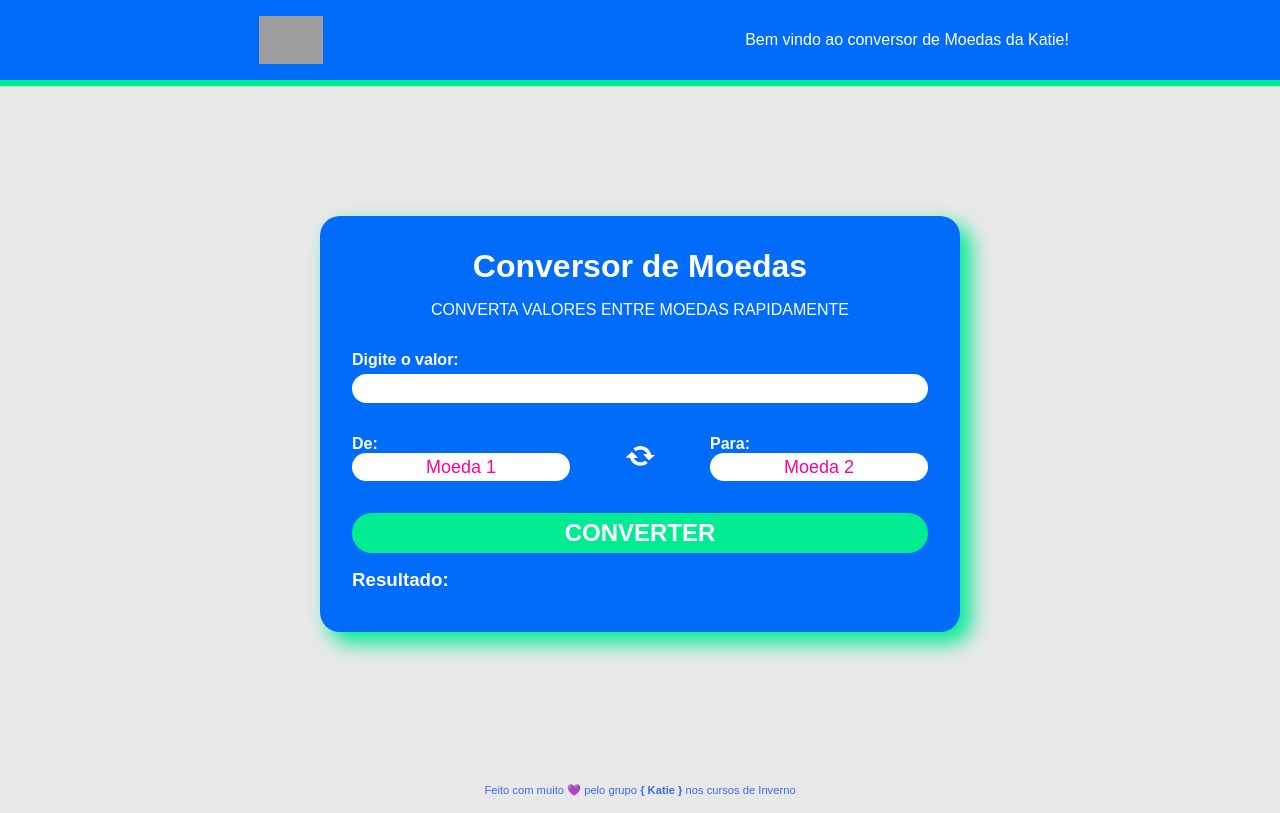
Repository: willamesalmeida/Conversor-de-Moedas
Page: index.html
The author's editor kept a copy of each file at every save. The page is drawn from the files as they stood at one save, then again after the next save.
The browser window is 1280 px wide. The pictures show the whole page.
Pictures or frames that could not be fetched are drawn as grey boxes.

Above is the page before, as saved 2022-08-07 17:48:38.

### index.html
<!DOCTYPE html>
<html lang="pt-br">
<head>
    <meta charset="UTF-8" />
    <meta name="viewport" content="width=device-width, initial-scale=1.0">
    <link rel="stylesheet" href="./global.css">
    <link rel="stylesheet" href="./styles.css">
    <title>Conversor de moedas KATIE</title>
</head>
<body>
    <script src="script.js"></script>

    <header class="cabecalho">
        <img class="gif-katie" src="https://ic.ufal.br/extensao/katie/resources/logoanim.gif"/>
        <p class="saudacao">Bem vindo ao conversor de Moedas da Katie!</p>
    </header>
    <main class="container">
        <section class="card">
            <header>
                <h2 class="titulo">Conversor de Moedas</h2>
                CONVERTA VALORES ENTRE MOEDAS RAPIDAMENTE
            </header>

            <section class="valor">
                <label>Digite o valor:</label>
                <input type="number" id="valor_inicial">
            </section>

            <section class="conversao">
                <div  class="converter-de">
                    <label>De:</label>
                    <select name="moedasde" id="moedasde">
                        <option value="Moeda 1">Moeda 1</option>
                        <option value="USD">Dolar</option>
                        <option value="BRL">Real</option>
                        <option value="EUR">Euro</option>
                      </select>
                </div>
                <div class = "icone-conversor">
                    <img src="./conversor.png" width="60px">
                </div>
                <div class="converter-para">
                    <label>Para:</label>
                    <select name="moedaspara" id="moedaspara">
                        <option value="Moeda 2">Moeda 2</option>
                        <option value="USD">Dolar</option>
                        <option value="BRL">Real</option>
                        <option value="EUR">Euro</option>
                      </select>
                </div>

            </section>
            <button type="submit" onclick="Converter()">CONVERTER</button>
            <h3>Resultado:</h3>
            <span id="resultado" class="resultado"></span>

        </section>

    </main>
    <footer>
        Feito com muito &#128156 pelo grupo <strong>{ Katie }</strong> nos cursos de Inverno
    </footer>


</body>
</html>

### global.css
@import url('https://fonts.googleapis.com/css2?family=Roboto+Flex:opsz,wght@8..144,400;8..144,500&family=Roboto:ital,wght@0,100;0,300;0,400;0,500;0,700;0,900;1,100;1,300;1,400;1,500;1,700;1,900&display=swap');
:root {
  --rosa-katie: #f8049c;
  --amarelo-katie: #fdd54f;
  --cinza-katie: #1f1f24;
  --rosa-claro: #EF5AA7;
  --branco:  #ffffff;
  --blue: #3A6CF5;
  --gray:#E8E8E8;
  --grey2: #EBEBF3;
  --red:#FF0000;
  --greendark:#007560;
  --greenlight:#27EDC4;
  --greenciano:#51EFD0;
  --azul:#006CF9;
  --greengreen:#00EB92;
}

* {
  margin: 0;
  padding: 0;
  box-sizing: border-box;
}

body {
  font-family: 'Roboto ', sans-serif;
  font-family: 'Roboto Flex ', sans-serif;
  color: #ffffff;
  background-color: var(--gray);

}

### styles.css
.cabecalho {
  background: var(--azul);
  padding: 1rem 0;
}

.gif-katie {
  margin-left: 3rem;
  height: 3rem;
}
.cabecalho{
  display: flex;
  align-items: center;
  justify-content: space-around;
  box-shadow: 1px 1px 1px 5px var(--greengreen)
}

.saudacao {
  text-align: center;

}

.container {
  padding: 2.5rem 1rem;
}

.card {
  background: var(--azul);
  width: 40rem;
  height: 26rem;
  border-radius: 20px;
  padding: 2rem;
  margin: 6rem auto;
  box-shadow: 10px 10px 20px 1px var(--greengreen)
}

header h2 {
  font-size: 2rem;
}

.titulo {
  margin-bottom: 1rem;
}

.card header {
  text-align: center;
}

.valor {
  margin: 2rem 0;
  display: flex;
  flex-direction: column;
}

label {
  font-size: 1rem;
  font-weight: bold;
  margin-bottom: 0.3rem;
}

input,
select {
  -webkit-appearance: none;
  -moz-appearance: none;
  appearance: none;
  border: none;
  border-radius: 2rem;
  height: 1.8rem;
  width: 100%;
  background: var(--branco);
  color: var(--rosa-katie);
  outline: none;
  font-size: 18px;


}
select{
  text-align: center;
}
input {
    padding: 0.8rem;
}

.conversao {
    width: 100%;
    margin: 2rem 0;
    display: flex;
    flex-direction: row;
    justify-content: center;
    align-items: center;
  }

.converter-de,
.converter-para {
  width: 100%;
}

.converter-de {
  margin-right: 2.5rem;
}

.converter-para {
  margin-left: 2.5rem;
}

button {
  background: var(--greengreen);
  border: none;
  border-radius: 2rem;
  width: 100%;
  height: 2.5rem;
  cursor: pointer;
  color: var(--branco);
  font-weight: bold;
  font-size: 1.5rem;
  transition: 0.5s;
  margin-bottom: 1rem;
}

#resultado {
    font-weight: bold;
    color: var(--amarelo-katie);
    font-size: 1.5rem;
    text-align: center;
}

button:hover {
  filter: brightness(0.8);
}

footer {
    margin: 1rem 0;
    color: var(--blue);
    font-size: 0.70rem;
    text-align: center;
}

### script.js
function Converter() {
  let input = parseFloat(document.getElementById("valor_inicial").value);
  let output = document.getElementById("resultado");
  let de = document.getElementById("moedasde");
  let para = document.getElementById("moedaspara");

  if (isNaN(input)) {
    output.innerHTML = "Por favor, adicione a quantia que deseja converter";
  } else {
    if (de.value == "BRL" && para.value != "para" && input != NaN) {
      console.log("real");
      let valorEmReais = input;
      let valor;
      if (para.value == "BRL") {
        valor = "O valor em reais é: R$" + valorEmReais.toFixed(2);
      } else if (para.value == "EUR") {
        valor = "O valor em euros é: €" + (valorEmReais * 0.1885).toFixed(2);
      } else if (para.value == "USD") {
        valor = "O valor em dólar é: $" + (valorEmReais * 0.1917).toFixed(2);
      }
      output.innerHTML = valor;
    } else if (de.value == "EUR" && para.value != "Moeda 2") {
      console.log("euro");
      let valorEmEuros = input;
      let valor;

      if (para.value == "EUR") {
        valor = "O valor em euros é: €" + valorEmEuros.toFixed(2);
      } else if (para.value == "USD") {
        valor = "O valor em dólar é: $" + (valorEmEuros * 1.0167).toFixed(2);
      } else if (para.value == "BRL") {
        valor = "O valor em reais é: R$" + (valorEmEuros * 5.303).toFixed(2);
      }
      output.innerHTML = valor;
    } else if (de.value == "USD" && para.value != "Moeda 2") {
      console.log("entrou no else is do dolar");
      let valorEmDolar = input;
      let valor;

      if (para.value == "USD") {
        valor = "O valor em dólar é: $" + valorEmDolar.toFixed(2);
      } else if (para.value == "BRL") {
        valor = "O valor em dólar é: R$" + (valorEmDolar * 5.16).toFixed(2);
      } else if (para.value == "EUR") {
        valor = "O valor em dólar é: €" + (valorEmDolar * 0.9832).toFixed(2);
      }
      output.innerHTML = valor;
    } else {
      output.innerHTML = "";
    }
  }
}

After the next save:
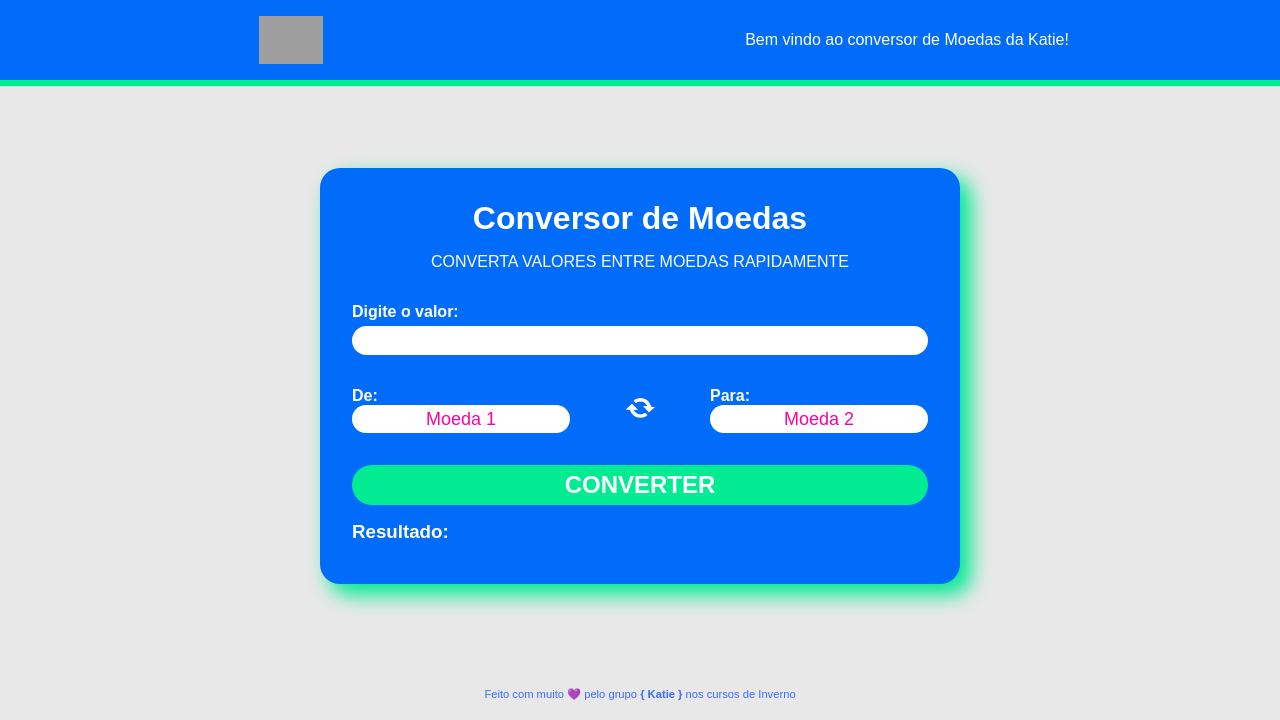
Saved 71 s later.
--- a/styles.css
+++ b/styles.css
@@ -29,7 +29,7 @@
   height: 26rem;
   border-radius: 20px;
   padding: 2rem;
-  margin: 6rem auto;
+  margin: 3rem auto;
   box-shadow: 10px 10px 20px 1px var(--greengreen)
 }
 
